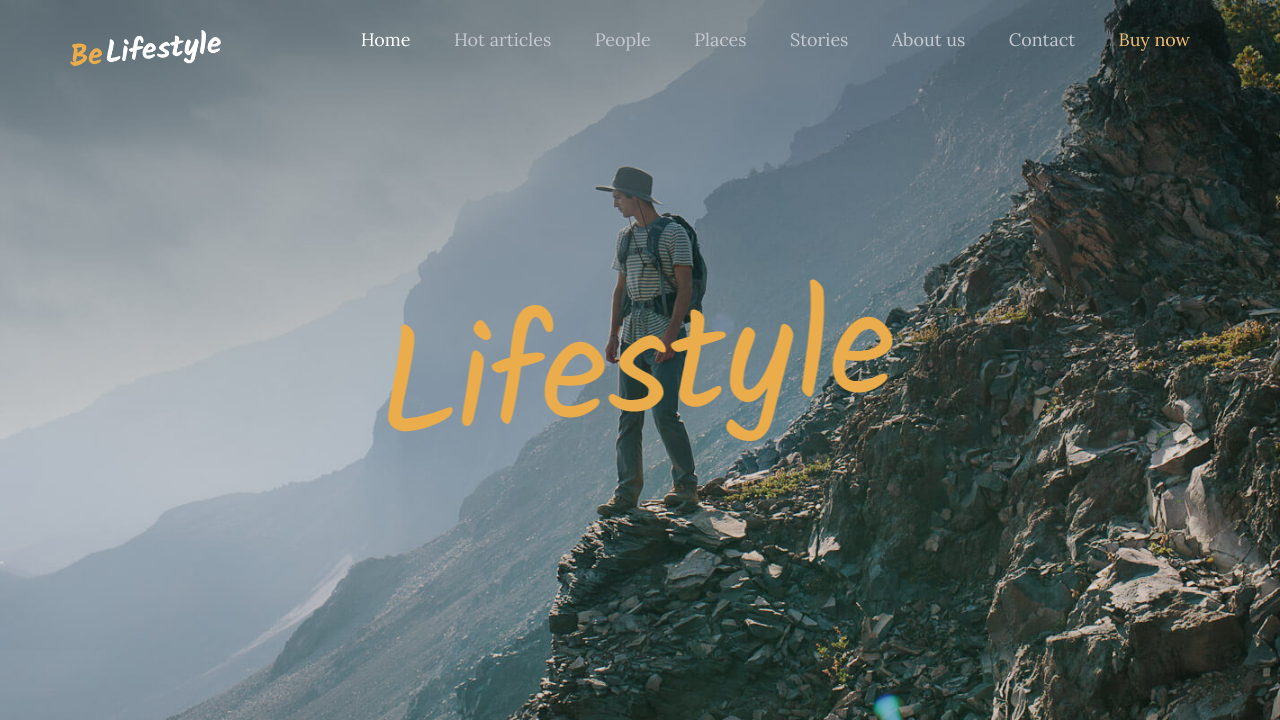
Repository: MalgorzataMazur/BeLife
Page: index.html
The author's editor kept a copy of each file at every save. The page is drawn from the files as they stood at one save, then again after the next save.
The browser window is 1280 px wide. The pictures show the whole page.

Above is the page before, as saved 2019-10-31 20:43:00.

After the next save:
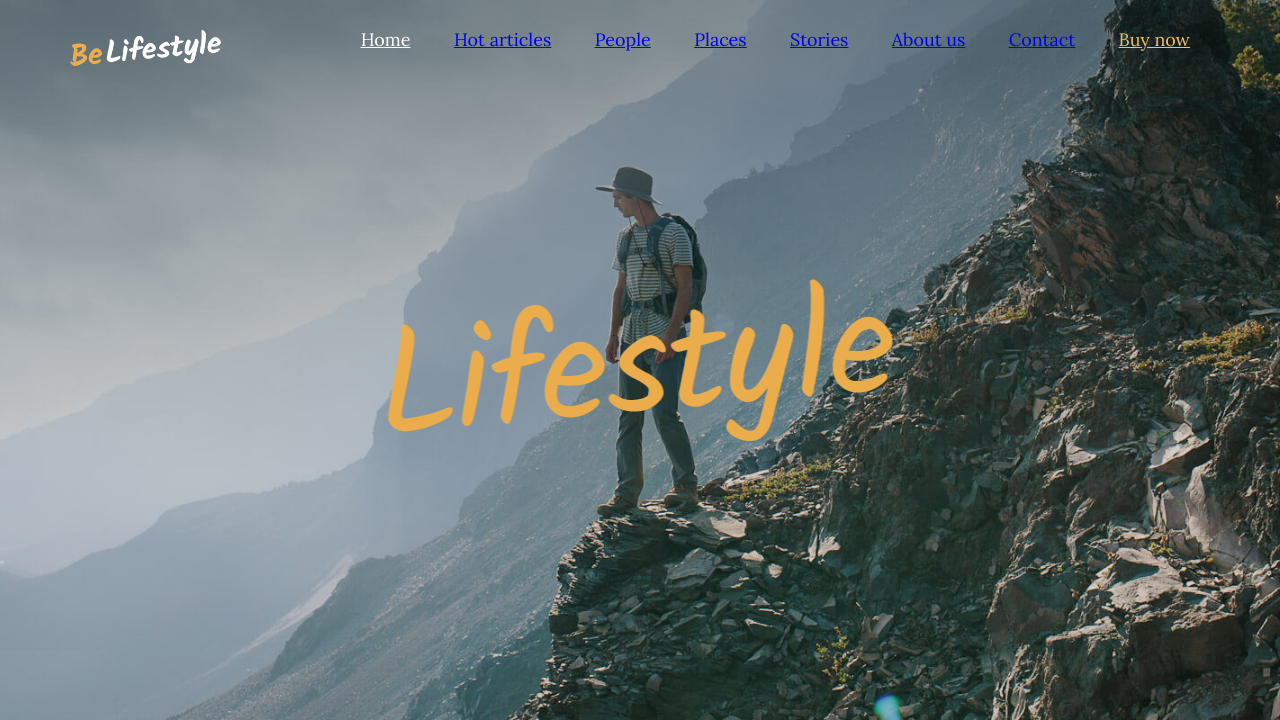
Saved 7 min 20 s later.
--- a/resources/css/style.css
+++ b/resources/css/style.css
@@ -66,7 +66,7 @@
 }
 
 
-.main-nav li a {
+.main-nav li a:hover {
     color: #C6CAD0;
     text-decoration: none;
 }

After the save that followed:
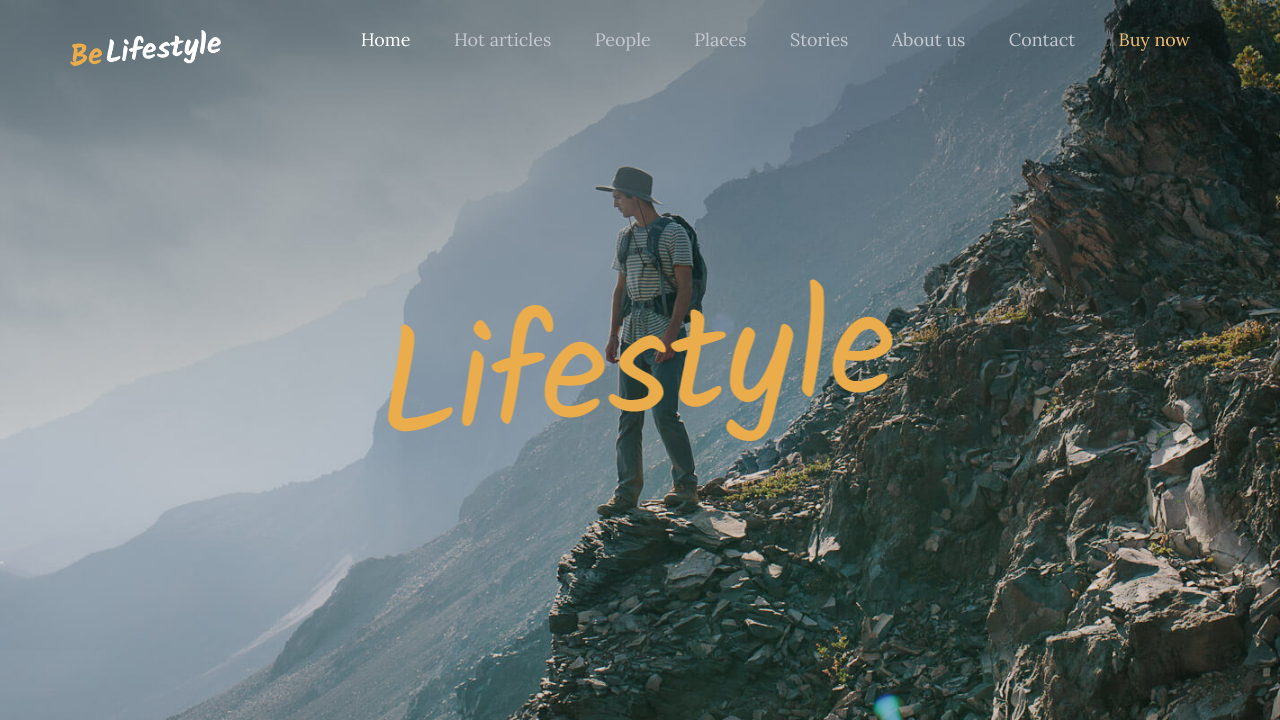
Saved 50 s later.
--- a/resources/css/style.css
+++ b/resources/css/style.css
@@ -66,7 +66,7 @@
 }
 
 
-.main-nav li a:hover {
+.main-nav li a {
     color: #C6CAD0;
     text-decoration: none;
 }
@@ -79,3 +79,5 @@
 ul li a[href="/buy"] {
     color: #f3c070;
 }
+
+.main-nav li a:
